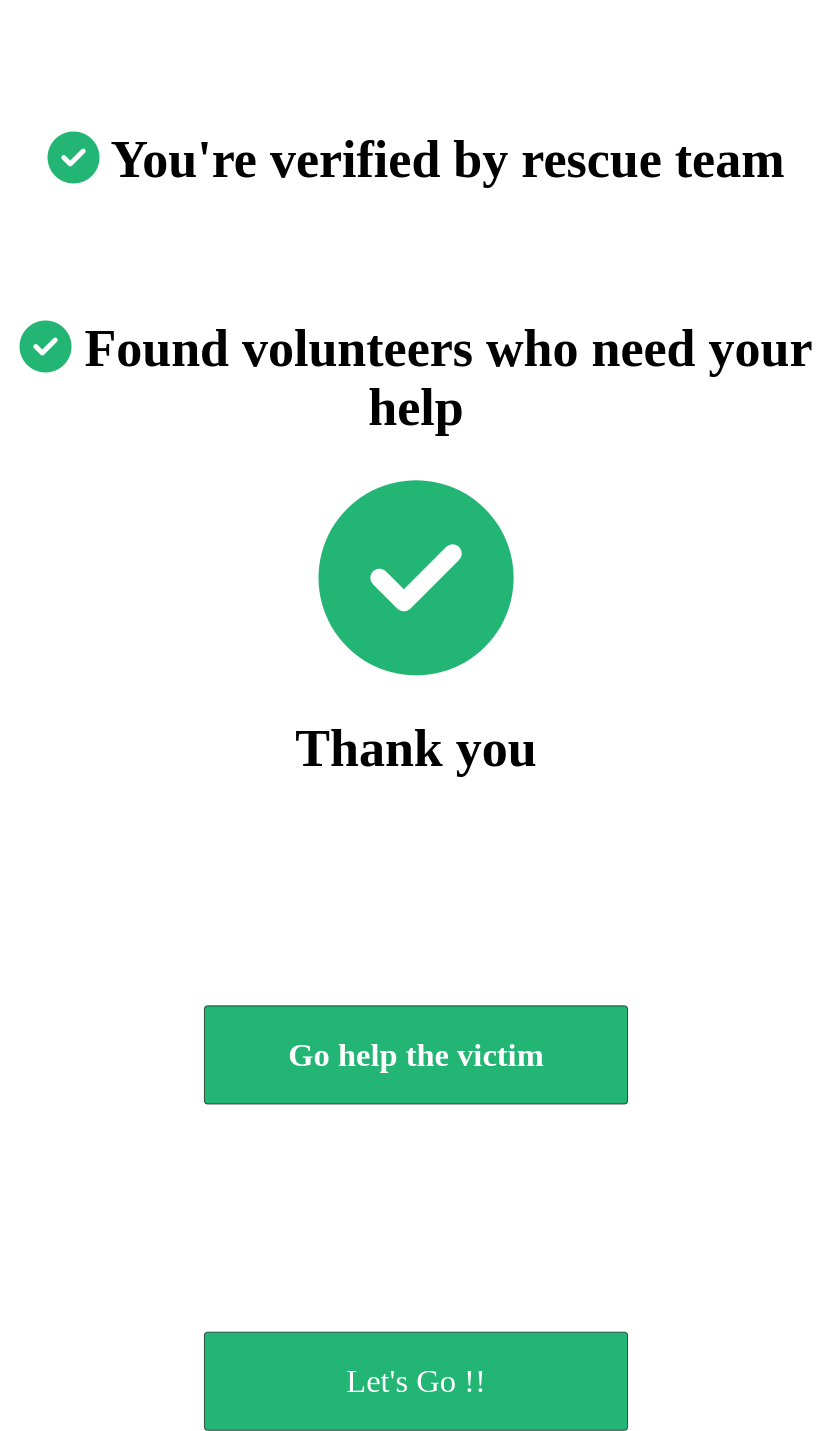
Repository: KittichoteKamalapirat/EMS-management-system
Page: approve.html
The author's editor kept a record of every edit. The page is drawn from the files as they stood at one moment, then again after the next edit.
The browser window is 1280 px wide. The pictures show the whole page, at 65% of full size.
Some web libraries are served in a nearby version.

Above is the page before.

After the next edit:
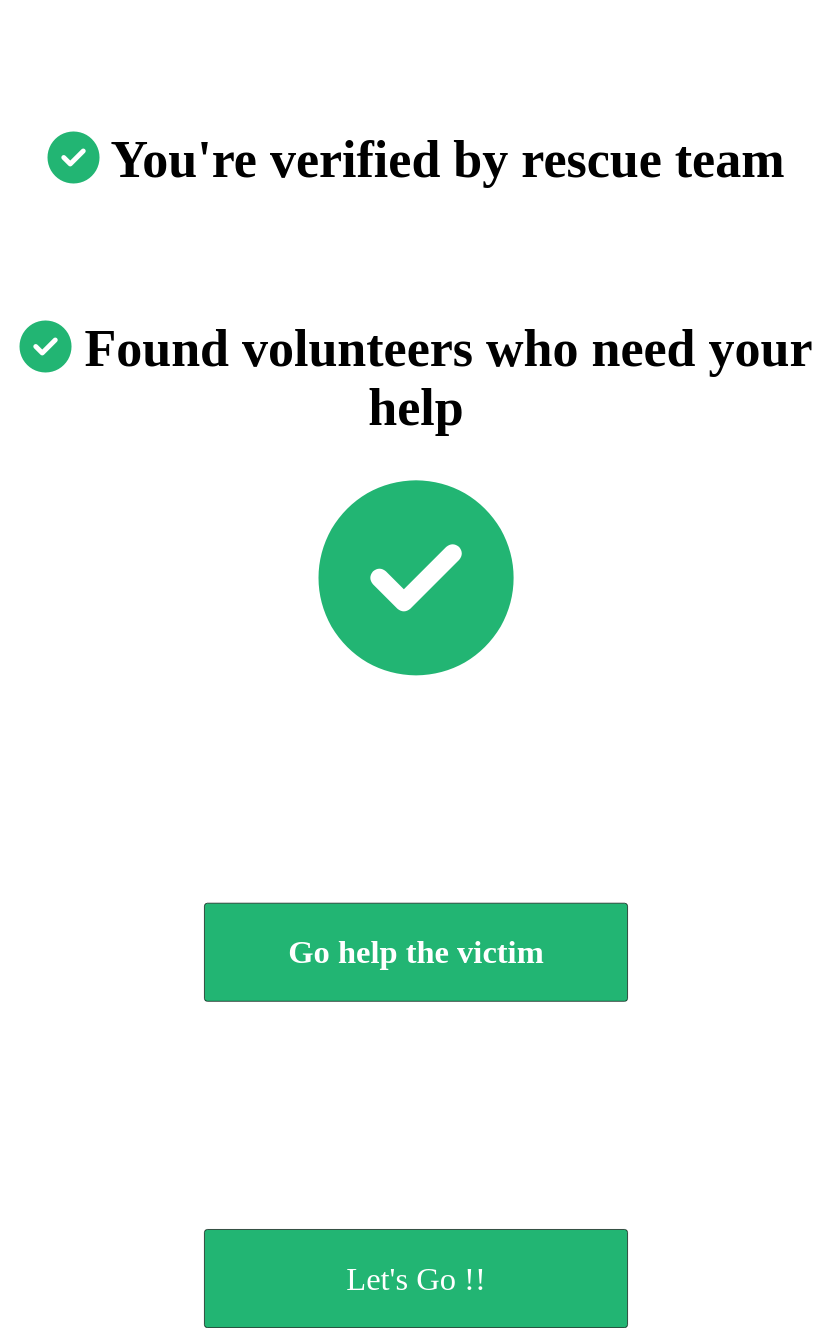
The edit:
--- a/approve.html
+++ b/approve.html
@@ -12,8 +12,7 @@
         <div class = "thanks">
             <i class="fa fa-check-circle fa-3x " ></i>
         </div>
-        <h2 >Thank you</h2>
-        <h3 class="go">Go help the victim </h3>
+        <h3 class="go" href="/map">Go help the victim </h3>
     </div>
 
     <a class = "go" href="/map">Let's Go !!</a>
